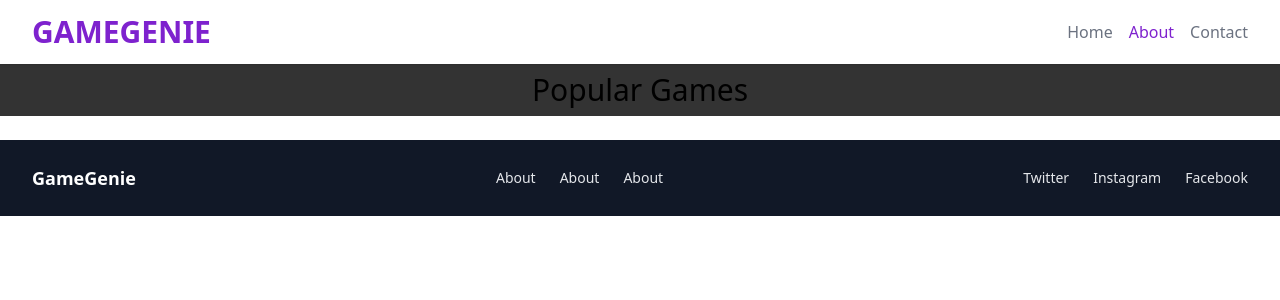
Repository: mfaeezshabbir/Gamegenie
Page: /allGames
These files come from the project's save history. The page is drawn as it stood at one moment and after a run of saves; the edit follows.
The browser window is 1280 px wide. The pictures show the whole page.
The page's requests for data from a server got no answer. The project was rebuilt for these pictures with package versions that can differ from the ones it lists, and the page was loaded fresh each time. The framework's server and built-in components were replaced by stand-ins that run in the browser. No one was signed in, and anything a server would have sent is missing. Also part of the build but not shown: next.config.js, components/GameCard/GameCard.jsx.

Above is the page before, as saved 2023-04-18 13:02:07.

After the next 4 saves:
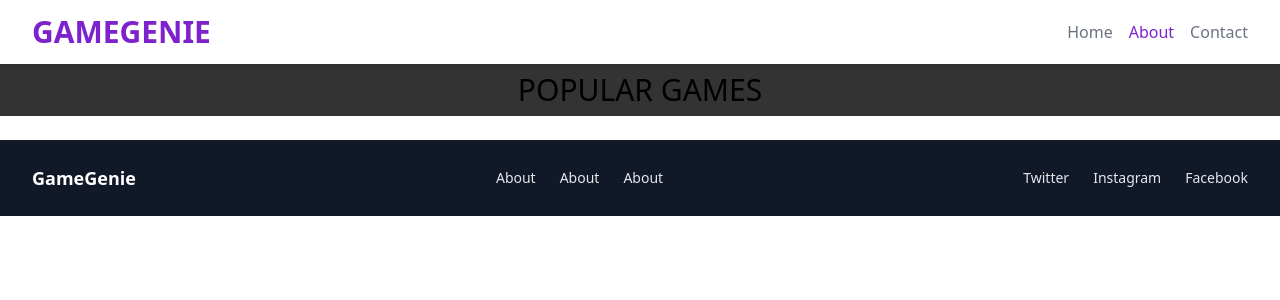
The 4 saves are shown as one change because they came seconds apart.
The last was saved 16 s later.
--- a/pages/allGames.jsx
+++ b/pages/allGames.jsx
@@ -18,7 +18,7 @@ export default function Home() {
 
   return (
     <div className="justify-center items-center" >
-      <h1 className="text-3xl text-center bg-[#333] p-2" >Popular Games</h1><br />
+      <h1 className="text-3xl text-center bg-[#333] p-2 uppercase" >Popular Games</h1><br />
       <div className="grid grid-cols-1 sm:grid-cols-2 lg:grid-cols-3 gap-4">
         {games.map((game) => (
           <GameCard key={game.name} game={game} />
